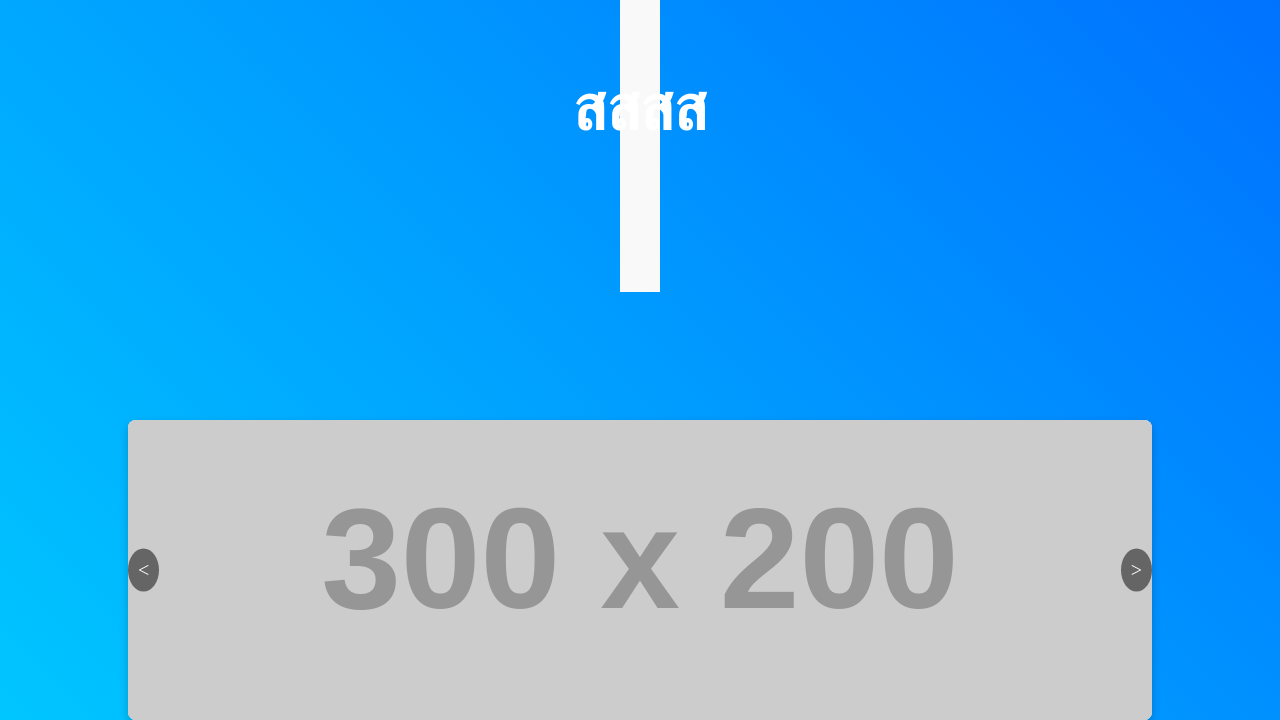
Repository: naps00/BIRTHDAY
Page: /details
These files come from the project's save history. The page is drawn as it stood at one moment and after the next save; the edit follows.
The browser window is 1280 px wide. The pictures show the whole page.
The project was rebuilt for these pictures with package versions that can differ from the ones it lists, and the page was loaded fresh each time.

Above is the page before, as saved 2024-12-12 00:23:21.

After the next save:
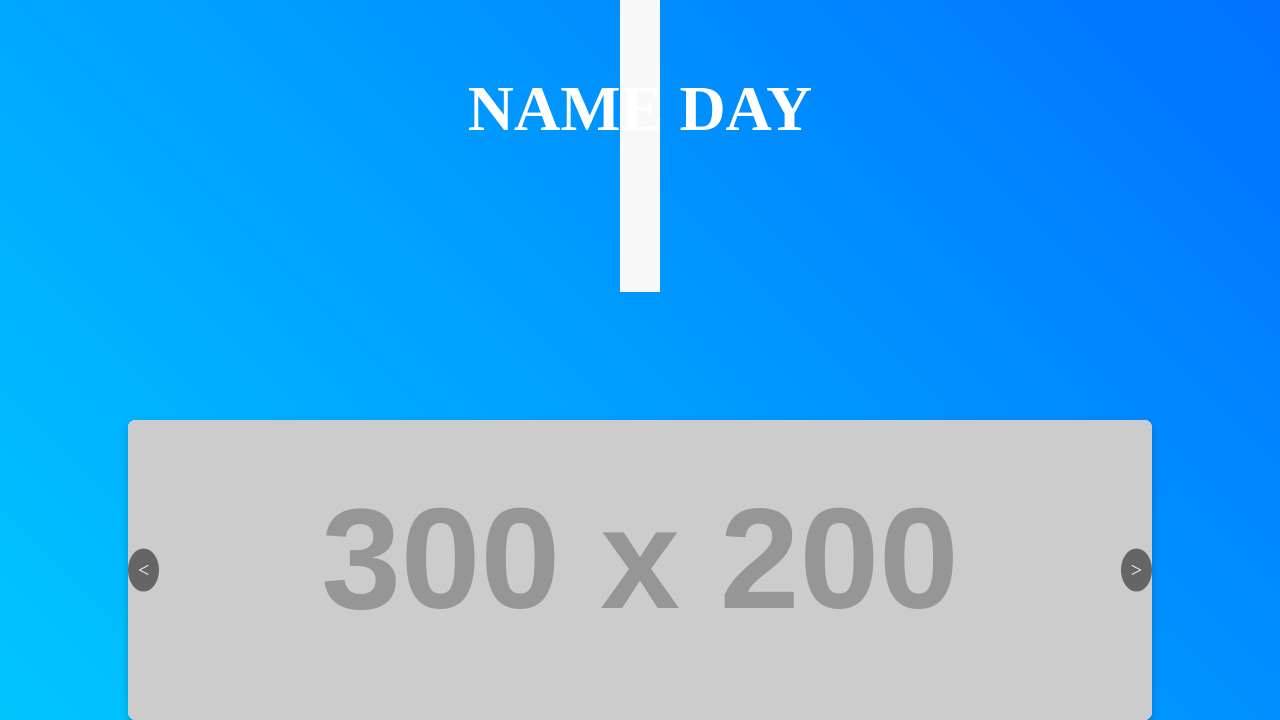
Saved 5 min 12 s later.
--- a/src/details.js
+++ b/src/details.js
@@ -23,7 +23,7 @@ function Details() {
     <div className="details-page">
       {/* ข้อความ "สสสส" */}
       <div className="text-section">
-        <h1>สสสส</h1>
+        <h1>NAME DAY</h1>
       </div>
 
       {/* ส่วนของสไลด์ */}
